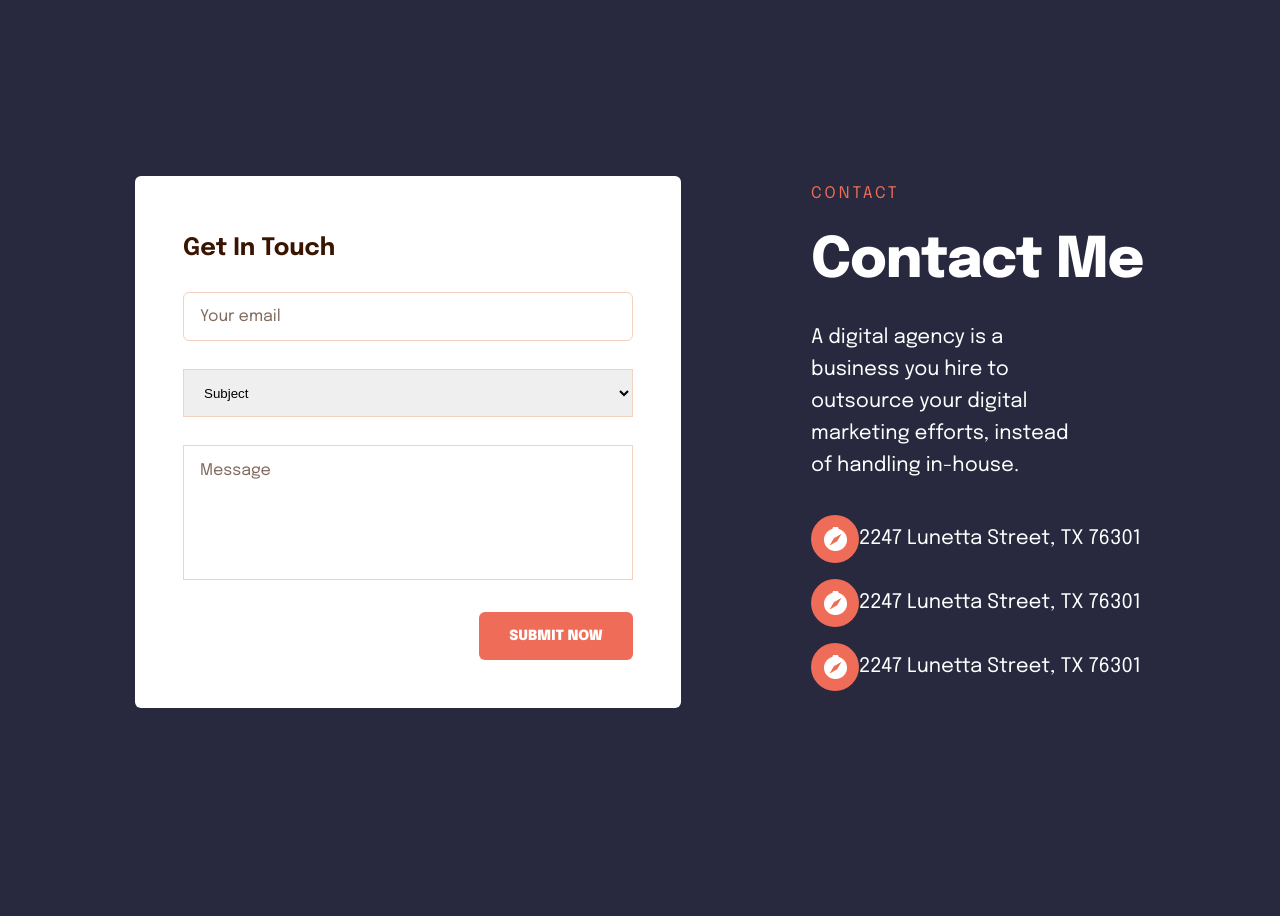
Repository: simralgasimov/contact-me
Page: index.html
The author's editor kept a copy of each file at every save. The page is drawn from the files as they stood at one save, then again after a run of saves.
The browser window is 1280 px wide. The pictures show the whole page.

Above is the page before, as saved 2023-10-04 13:44:10.

After the next 2 saves:
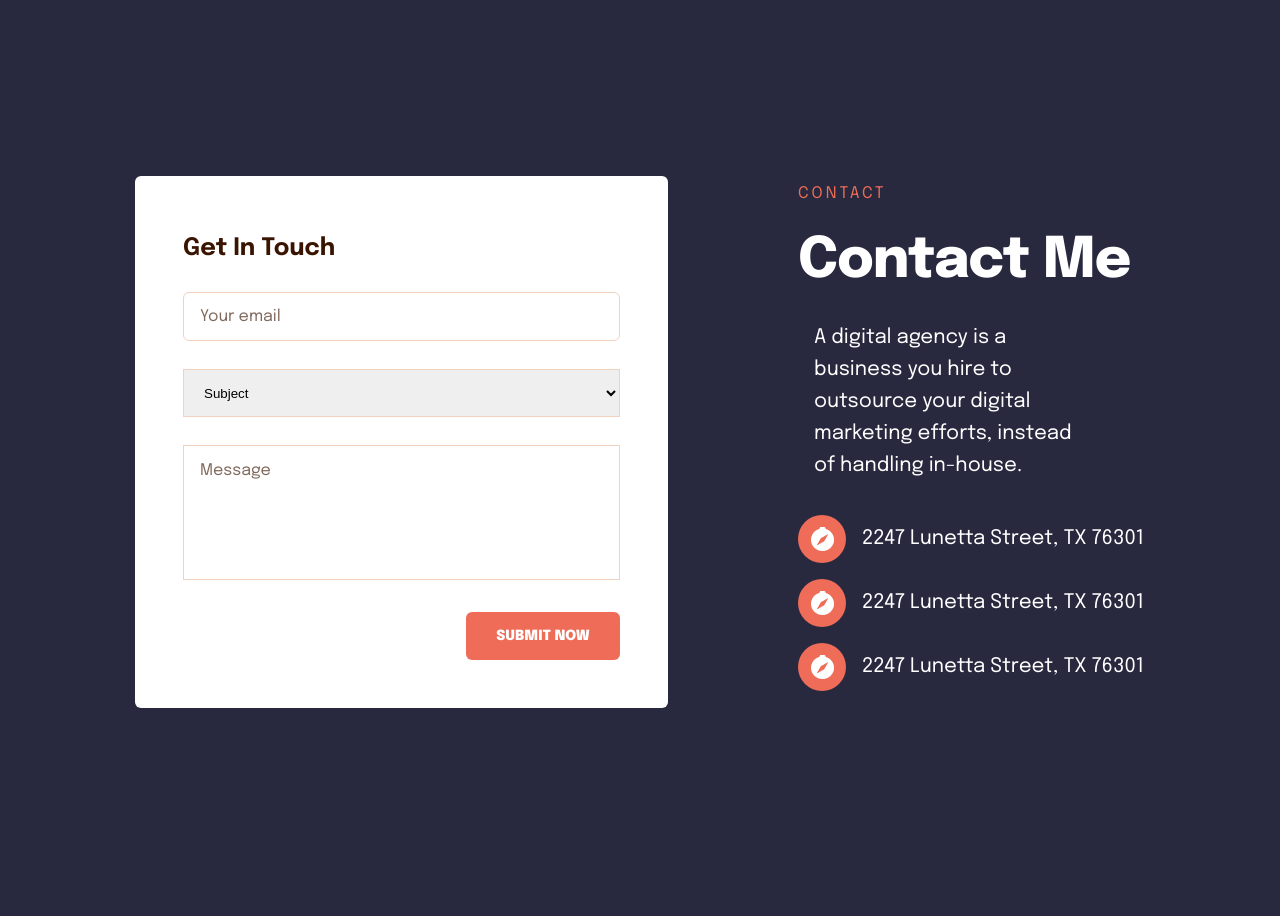
The 2 saves are shown as one change because they came seconds apart.
The last was saved 8 s later.
--- a/index.css
+++ b/index.css
@@ -157,6 +157,7 @@
   /* margin-left: 90px; */
 
   width: 283px;
+  margin-left: 16px;
   color: var(--Text_Light, #fff);
   font-feature-settings: "clig" off, "liga" off;
 
